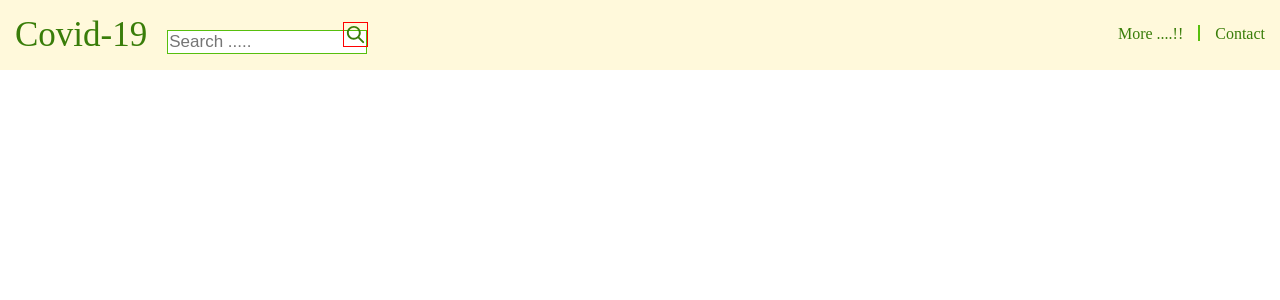
Repository: thuongton98/Covid
Page: html-css-js/index.html
The author's editor kept a copy of each file at every save. The page is drawn from the files as they stood at one save, then again after a run of saves.
The browser window is 1280 px wide. The pictures show the whole page.

Above is the page before, as saved 2021-07-01 09:18:14.

After the next 2 saves:
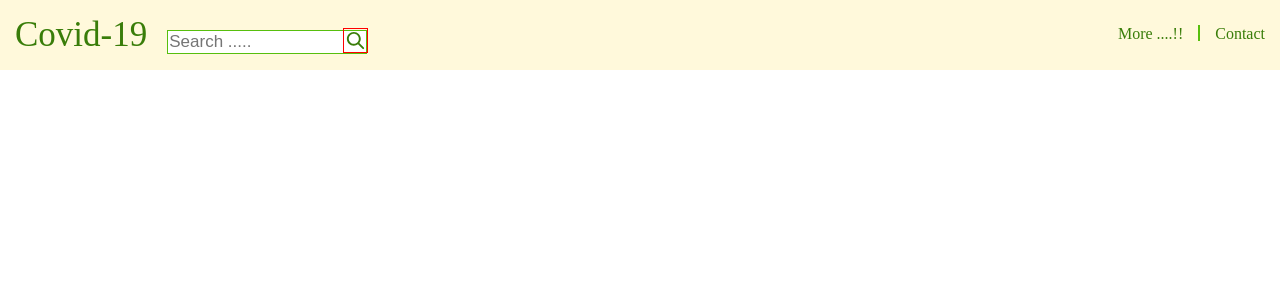
The 2 saves are shown as one change because they came seconds apart.
The last was saved 9 s later.
--- a/html-css-js/styles.css
+++ b/html-css-js/styles.css
@@ -86,4 +86,5 @@ nav .icon .icon-search svg{
     border: 1px solid red;
     position: relative;
     left: -28px;
+    top:6px;
 }
